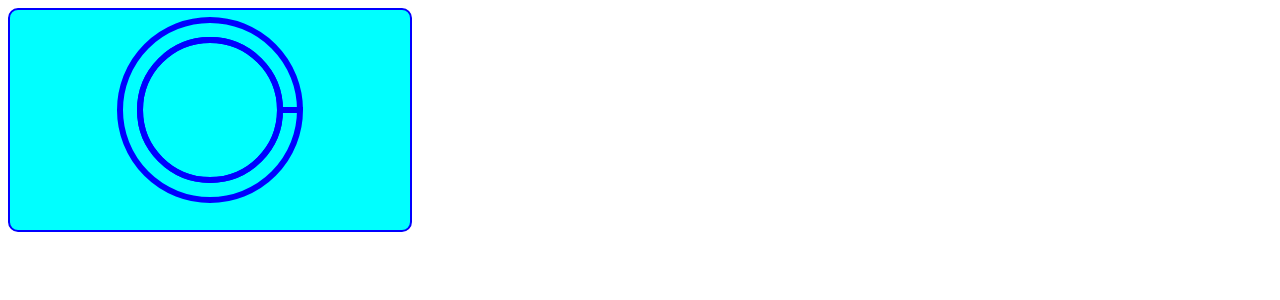
Repository: Tan-Khang21/TH_TKW--Buoi_05
Page: Bai_Tap_Ve_Nha/Bai_01/canvas10.html
An editor plug-in stored every save of this project. The page is shown before and after the next save, followed by the edit.
The browser window is 1280 px wide. The pictures show the whole page.

Above is the page before, as saved 2024-03-10 21:41:56.

### Bai_Tap_Ve_Nha/Bai_01/canvas10.html
<!DOCTYPE html>
<html lang="en">
  <head>
    <meta charset="UTF-8" />
    <meta name="viewport" content="width=device-width, initial-scale=1.0" />
    <title>Document</title>
  </head>
  <body>
    <canvas
      id="myCanvas"
      style="
        border: 2px solid blue;
        background-color: aqua;
        border-radius: 10px;
      "
      width="400px"
      height="220px"
    ></canvas>
    <script>
      var canvas = document.getElementById("myCanvas"),
        ctx = canvas.getContext("2d");
      ctx.beginPath();
      ctx.arc(200, 100, 70, 0, 2 * Math.PI);
      ctx.strokeStyle = "blue";
      ctx.lineWidth = 6;
      ctx.stroke();
      ctx.arc(200, 100, 90, 0, 2 * Math.PI);
      ctx.strokeStyle = "blue";

      ctx.stroke();
    </script>
  </body>
</html>

After the next save:
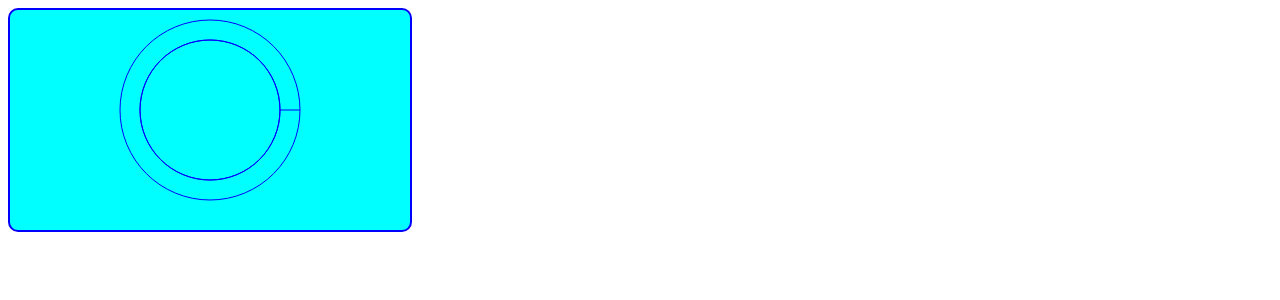
Saved 10 s later.
--- a/Bai_Tap_Ve_Nha/Bai_01/canvas10.html
+++ b/Bai_Tap_Ve_Nha/Bai_01/canvas10.html
@@ -22,7 +22,7 @@
       ctx.beginPath();
       ctx.arc(200, 100, 70, 0, 2 * Math.PI);
       ctx.strokeStyle = "blue";
-      ctx.lineWidth = 6;
+
       ctx.stroke();
       ctx.arc(200, 100, 90, 0, 2 * Math.PI);
       ctx.strokeStyle = "blue";

After the save that followed:
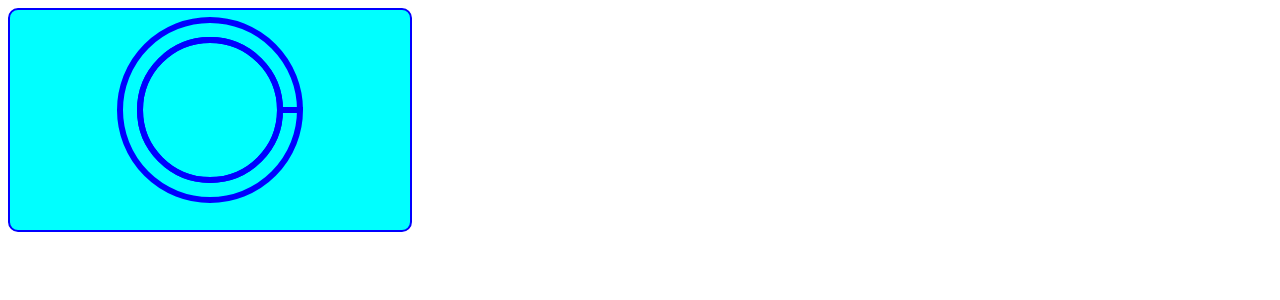
Saved 5 s later.
--- a/Bai_Tap_Ve_Nha/Bai_01/canvas10.html
+++ b/Bai_Tap_Ve_Nha/Bai_01/canvas10.html
@@ -22,11 +22,11 @@
       ctx.beginPath();
       ctx.arc(200, 100, 70, 0, 2 * Math.PI);
       ctx.strokeStyle = "blue";
-
+      ctx.lineWidth = 6;
       ctx.stroke();
       ctx.arc(200, 100, 90, 0, 2 * Math.PI);
       ctx.strokeStyle = "blue";
-
+      ctx.lineWidth = 6;
       ctx.stroke();
     </script>
   </body>
